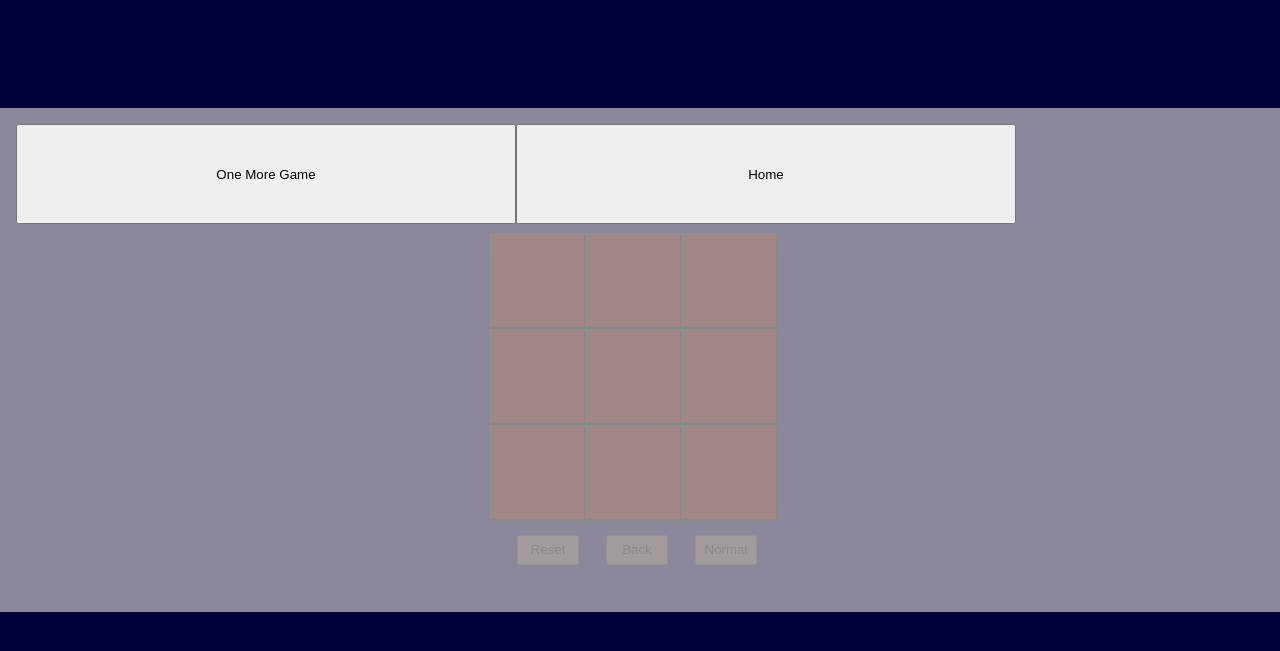
Repository: Mush-s/Folio-OX
Page: /game
The author's editor kept a copy of each file at every save. The page is drawn from the files as they stood at one save, then again after the next save.
The browser window is 1280 px wide. The pictures show the whole page.
The project was rebuilt for these pictures with package versions that can differ from the ones it lists, and the page was loaded fresh each time. Also part of the build but not shown: src/Start/Start.css, src/Start/Start.js.

Above is the page before, as saved 2022-09-02 19:10:16.

### src/index.js
import { createRoot } from "react-dom/client";
import { BrowserRouter } from "react-router-dom";
import ReactDOM from "react-dom";
import AfterGame from "./TicTacToe/AfterGame/AfterGame";

import App from "./App";
const container = document.getElementById("root");
const root = createRoot(container);
root.render(
  <BrowserRouter>
    <App />
  </BrowserRouter>
);

export const OverLay = () => {
  return ReactDOM.createPortal(
    <AfterGame />,
    document.getElementById("portal")
  );
};

### src/TicTacToe/AfterGame/AfterGame.js
import "./AfterGame.css";

const AfterGame = () => {
  return (
    <div className="after">
      <div className="content">
        <button>One More Game</button>
        <button>Home</button>
      </div>
    </div>
  );
};

export default AfterGame;

### src/App.js
import "./App.css";
import Game from "./TicTacToe/Game/Game";
import Start from "./Start/Start";
import { Route, Routes } from "react-router-dom";

const App = () => {
  return (
    <div className="app">
      <Routes>
        <Route path="/" element={<Start />} exact/>
        <Route path="/game" element={<Game />} />
      </Routes>
    </div>
  );
};

export default App;

### src/TicTacToe/AfterGame/AfterGame.css
.after {
    background: rgba(0, 0, 0, 0.771);
    position: fixed;
    left: 0;
    top: 0;
    height: 100%;
    width: 100%;
    display: flex;
    align-items: center;
    justify-content: center;
  }

  .after .content {
    background:rgba(219, 210, 210, 0.644);
    padding: 1rem;
    width: 100%;
    height: 70%;
    display: flex;
  }

  .after button{
    text-align: center;
    width:500px;
    height:100px;
  }

### src/App.css
.app {
  position: relative;
  height: 100vh;
  background-color: blue;
}
/* Document
 * ========================================================================== */

/**
 * 1. Add border box sizing in all browsers (opinionated).
 * 2. Backgrounds do not repeat by default (opinionated).
 */

*,
::before,
::after {
  box-sizing: border-box; /* 1 */
  background-repeat: no-repeat; /* 2 */
}

/**
  * 1. Add text decoration inheritance in all browsers (opinionated).
  * 2. Add vertical alignment inheritance in all browsers (opinionated).
  */

::before,
::after {
  text-decoration: inherit; /* 1 */
  vertical-align: inherit; /* 2 */
}

/**
  * 1. Use the default cursor in all browsers (opinionated).
  * 2. Change the line height in all browsers (opinionated).
  * 3. Breaks words to prevent overflow in all browsers (opinionated).
  * 4. Use a 4-space tab width in all browsers (opinionated).
  * 5. Remove the grey highlight on links in iOS (opinionated).
  * 6. Prevent adjustments of font size after orientation changes in iOS.
  */

:where(:root) {
  cursor: default; /* 1 */
  line-height: 1.5; /* 2 */
  overflow-wrap: break-word; /* 3 */
  -moz-tab-size: 4; /* 4 */
  tab-size: 4; /* 4 */
  -webkit-tap-highlight-color: transparent; /* 5 */
  -webkit-text-size-adjust: 100%; /* 6 */
  text-size-adjust: 100%; /* 6 */
}

/* Sections
  * ========================================================================== */

/**
  * Remove the margin in all browsers (opinionated).
  */

:where(body) {
  margin: 0;
}

/**
  * Correct the font size and margin on `h1` elements within `section` and
  * `article` contexts in Chrome, Edge, Firefox, and Safari.
  */

:where(h1) {
  font-size: 2em;
  margin: 0.67em 0;
}

/* Grouping content
  * ========================================================================== */

/**
  * Remove the margin on nested lists in Chrome, Edge, and Safari.
  */

:where(dl, ol, ul) :where(dl, ol, ul) {
  margin: 0;
}

/**
  * 1. Correct the inheritance of border color in Firefox.
  * 2. Add the correct box sizing in Firefox.
  */

:where(hr) {
  color: inherit; /* 1 */
  height: 0; /* 2 */
}

/**
  * Remove the list style on navigation lists in all browsers (opinionated).
  */

:where(nav) :where(ol, ul) {
  list-style-type: none;
  padding: 0;
}

/**
  * Prevent VoiceOver from ignoring list semantics in Safari (opinionated).
  */

:where(nav li)::before {
  content: "\200B";
  float: left;
}

/**
  * 1. Correct the inheritance and scaling of font size in all browsers.
  * 2. Correct the odd `em` font sizing in all browsers.
  * 3. Prevent overflow of the container in all browsers (opinionated).
  */

:where(pre) {
  font-family: monospace, monospace; /* 1 */
  font-size: 1em; /* 2 */
  overflow: auto; /* 3 */
}

/* Text-level semantics
  * ========================================================================== */

/**
  * Add the correct text decoration in Safari.
  */

:where(abbr[title]) {
  text-decoration: underline;
  text-decoration: underline dotted;
}

/**
  * Add the correct font weight in Chrome, Edge, and Safari.
  */

:where(b, strong) {
  font-weight: bolder;
}

/**
  * 1. Correct the inheritance and scaling of font size in all browsers.
  * 2. Correct the odd `em` font sizing in all browsers.
  */

:where(code, kbd, samp) {
  font-family: monospace, monospace; /* 1 */
  font-size: 1em; /* 2 */
}

/**
  * Add the correct font size in all browsers.
  */

:where(small) {
  font-size: 80%;
}

/* Embedded content
  * ========================================================================== */

/*
  * Change the alignment on media elements in all browsers (opinionated).
  */

:where(audio, canvas, iframe, img, svg, video) {
  vertical-align: middle;
}

/**
  * Remove the border on iframes in all browsers (opinionated).
  */

:where(iframe) {
  border-style: none;
}

/**
  * Change the fill color to match the text color in all browsers (opinionated).
  */

:where(svg:not([fill])) {
  fill: currentColor;
}

/* Tabular data
  * ========================================================================== */

/**
  * 1. Collapse border spacing in all browsers (opinionated).
  * 2. Correct table border color in Chrome, Edge, and Safari.
  * 3. Remove text indentation from table contents in Chrome, Edge, and Safari.
  */

:where(table) {
  border-collapse: collapse; /* 1 */
  border-color: currentColor; /* 2 */
  text-indent: 0; /* 3 */
}

/* Forms
  * ========================================================================== */

/**
  * Remove the margin on controls in Safari.
  */

:where(button, input, select) {
  margin: 0;
}

/**
  * Correct the inability to style buttons in iOS and Safari.
  */

:where(button, [type="button" i], [type="reset" i], [type="submit" i]) {
  -webkit-appearance: button;
}

/**
  * Change the inconsistent appearance in all browsers (opinionated).
  */

:where(fieldset) {
  border: 1px solid #a0a0a0;
}

/**
  * Add the correct vertical alignment in Chrome, Edge, and Firefox.
  */

:where(progress) {
  vertical-align: baseline;
}

/**
  * 1. Remove the margin in Firefox and Safari.
  * 3. Change the resize direction in all browsers (opinionated).
  */

:where(textarea) {
  margin: 0; /* 1 */
  resize: vertical; /* 3 */
}

/**
  * 1. Correct the odd appearance in Chrome, Edge, and Safari.
  * 2. Correct the outline style in Safari.
  */

:where([type="search" i]) {
  -webkit-appearance: textfield; /* 1 */
  outline-offset: -2px; /* 2 */
}

/**
  * Correct the cursor style of increment and decrement buttons in Safari.
  */

::-webkit-inner-spin-button,
::-webkit-outer-spin-button {
  height: auto;
}

/**
  * Correct the text style of placeholders in Chrome, Edge, and Safari.
  */

::-webkit-input-placeholder {
  color: inherit;
  opacity: 0.54;
}

/**
  * Remove the inner padding in Chrome, Edge, and Safari on macOS.
  */

::-webkit-search-decoration {
  -webkit-appearance: none;
}

/**
  * 1. Correct the inability to style upload buttons in iOS and Safari.
  * 2. Change font properties to `inherit` in Safari.
  */

::-webkit-file-upload-button {
  -webkit-appearance: button; /* 1 */
  font: inherit; /* 2 */
}

/* Interactive
  * ========================================================================== */

/*
  * Add the correct styles in Safari.
  */

:where(dialog) {
  background-color: white;
  border: solid;
  color: black;
  height: -moz-fit-content;
  height: fit-content;
  left: 0;
  margin: auto;
  padding: 1em;
  position: absolute;
  right: 0;
  width: -moz-fit-content;
  width: fit-content;
}

:where(dialog:not([open])) {
  display: none;
}

/*
  * Add the correct display in Safari.
  */

:where(details > summary:first-of-type) {
  display: list-item;
}

/* Accessibility
  * ========================================================================== */

/**
  * Change the cursor on busy elements in all browsers (opinionated).
  */

:where([aria-busy="true" i]) {
  cursor: progress;
}

/*
  * Change the cursor on disabled, not-editable, or otherwise
  * inoperable elements in all browsers (opinionated).
  */

:where([aria-disabled="true" i], [disabled]) {
  cursor: not-allowed;
}

/*
  * Change the display on visually hidden accessible elements
  * in all browsers (opinionated).
  */

:where([aria-hidden="false" i][hidden]) {
  display: initial;
}

:where([aria-hidden="false" i][hidden]:not(:focus)) {
  clip: rect(0, 0, 0, 0);
  position: absolute;
}

### src/TicTacToe/Game/Game.js
import { useEffect, useState } from "react";
import Cell from "./Cell";
import { Pattern } from "../Patterns/Pattern";
import GameButtons from "./GameButtons/GameButtons";

import "./Game.css";
import { OverLay } from "../..";

const Game = () => {
  const [player, setPlayer] = useState("O");
  const [countDown, setCountDown] = useState(8);
  const [gameOver, setGameOver] = useState(false);
  const [result, setResult] = useState();
  const [mode, setMode] = useState("Normal");
  const [time, setTime] = useState(5);

  const [cellValues, setCellValues] = useState([
    "",
    "",
    "",
    "",
    "",
    "",
    "",
    "",
    "",
  ]);

  useEffect(() => {
    checkWin();
  });

  let timer;
  const updataCount = () => {
    timer = setInterval(() => {
      setTime((preC) => preC - 1);
    }, 1000);

    if (time === 0) {
      clearInterval(timer);
      if (player === "O") {
        setResult("X is Winner");
        setGameOver(true);
      }
      if (player === "X") {
        setResult("O is Winner");
        setGameOver(true);
      }
    }
  };

  useEffect(() => {
    updataCount();
    console.log(time);
    return () => clearInterval(timer);
  });

  useEffect(() => {
    setTime(5);
  }, [player]);

  const isCellEmpty = (index) => cellValues[index] === "";

  //Cell Clicked ここから

  const clickHandler = (index) => {
    if (isCellEmpty(index)) {
      setCountDown(countDown - 1);
      const newCellValues = [...cellValues];
      newCellValues[index] = player;
      setCellValues(newCellValues);

      if (player === "O") {
        setPlayer("X");
      } else {
        setPlayer("O");
      }

      if (countDown === 0) {
        setGameOver(true);
        setResult("引き分けです");
      }
      // Repaint mode 処理
    } else {
      if (mode === "Repaint") {
        setCountDown(countDown - 1);
        const newCellValues = [...cellValues];
        newCellValues[index] = player;
        setCellValues(newCellValues);

        if (player === "O") {
          setPlayer("X");
        } else {
          setPlayer("O");
        }
      }
      setMode("Normal");
    }
  };

  //Reset Button ここから

  const resetHandler = () => {
    setPlayer("O");
    setCountDown(8);
    setCellValues(["", "", "", "", "", "", "", "", ""]);
    setResult();
  };

  //Back button ここから

  const backHandler = () => {
    // setCountDown(countDown + 1);
    // const backedValues = [...cellValues]
    // setCellValues(backedValues)
    // if (player === "O") {
    //   setPlayer("X");
    // } else {
    //   setPlayer("O");
    // }
  };

  //Change button ここから

  const ChangeHandler = () => {
    if (mode === "Normal") {
      setMode("Repaint");
    }
    if (mode === "Repaint") {
      setMode("Normal");
    }
  };
  //勝ち負け判定

  const checkWin = () => {
    Pattern.forEach((currPa) => {
      const firstPlayer = cellValues[currPa[0]];
      if (firstPlayer === "") return;
      console.log(cellValues[currPa[0]]);
      let foundWiiningPattern = true;
      currPa.forEach((i) => {
        if (cellValues[i] !== firstPlayer) {
          foundWiiningPattern = false;
        }
      });

      if (foundWiiningPattern) {
        if (player === "O") {
          setResult("X is Winner");
          setGameOver(true);
        } else {
          setResult("O is Winner");
          setGameOver(true);
        }
      }
    });
  };
  return (
    <div className="game">
      <div className="result">{result}</div>
      {!gameOver && <div className="turn">{player}'s Turn</div>}
      {!gameOver && <p className="timer">You have {time} seconds</p>}
      {cellValues.map((value, index) => (
        <Cell key={index} value={value} onClick={() => clickHandler(index)} />
      ))}
      <GameButtons
        mode={mode}
        onClick={resetHandler}
        onBack={backHandler}
        onChange={ChangeHandler}
      />
      {gameOver && <OverLay gameOver={gameOver} />}
    </div>
  );
};

export default Game;

### src/TicTacToe/Game/Cell.js
import "./Cell.css";

const Cell = (props) => {
  return (
    <div className="cell flat border">
      <button onClick={props.onClick}>{props.value}</button>
    </div>
  );
};

export default Cell;

### src/TicTacToe/Patterns/Pattern.js
export const Pattern = [
  [0, 1, 2],
  [3, 4, 5],
  [6, 7, 8],
  [0, 3, 6],
  [1, 4, 7],
  [2, 5, 8],
  [0, 4, 8],
  [2, 4, 6],
];

### src/TicTacToe/Game/GameButtons/GameButtons.js
import "./GameButtons.css";

const GameOver = (props) => {
  return (
    <div className="gameover">
      <button onClick={props.onClick}>Reset</button>
      <button onClick={props.onBack}>Back</button>
      <button onClick={props.onChange}>{props.mode}</button>
    </div>
  );
};

export default GameOver;

### src/TicTacToe/Game/Game.css
.game {
  position: absolute;
  top: 40%;
  left: 50%;
  margin-right: -50%;
  transform: translate(-50%, -50%);
  height: 300px;
  width: 300px;
  display: flex;
  flex-wrap: wrap;
}

.game .result {
  font-size: 50px;
  margin-bottom: 20px;
margin-left:20px;
}

.game .timer {
  font-size: 30px;
  margin-bottom: 15px;
  margin-left:20px;
}

.game .turn {
  font-size: 30px;
  margin-left:70px;
}

### src/TicTacToe/Game/Cell.css
.cell {
    height: 32%;
    width: 32%;
}
.cell button{
  width:100%;
  height:100%;
  color:aqua;
  background-color: red;
}


  .flat.border:hover {
    background: #ff9300;
    color: #fff;
  }
  .flat.border:active, .flat.border:focus {
    top: 2px;
  }

### src/TicTacToe/Game/GameButtons/GameButtons.css
.gameover {
  text-align: center;
  font-size: 30px;
}

.gameover button {
  width: 62px;
  height: 30px;
  margin-left: 27px;
}

Loaded but not shown: public/index.html (common file)

After the next save:
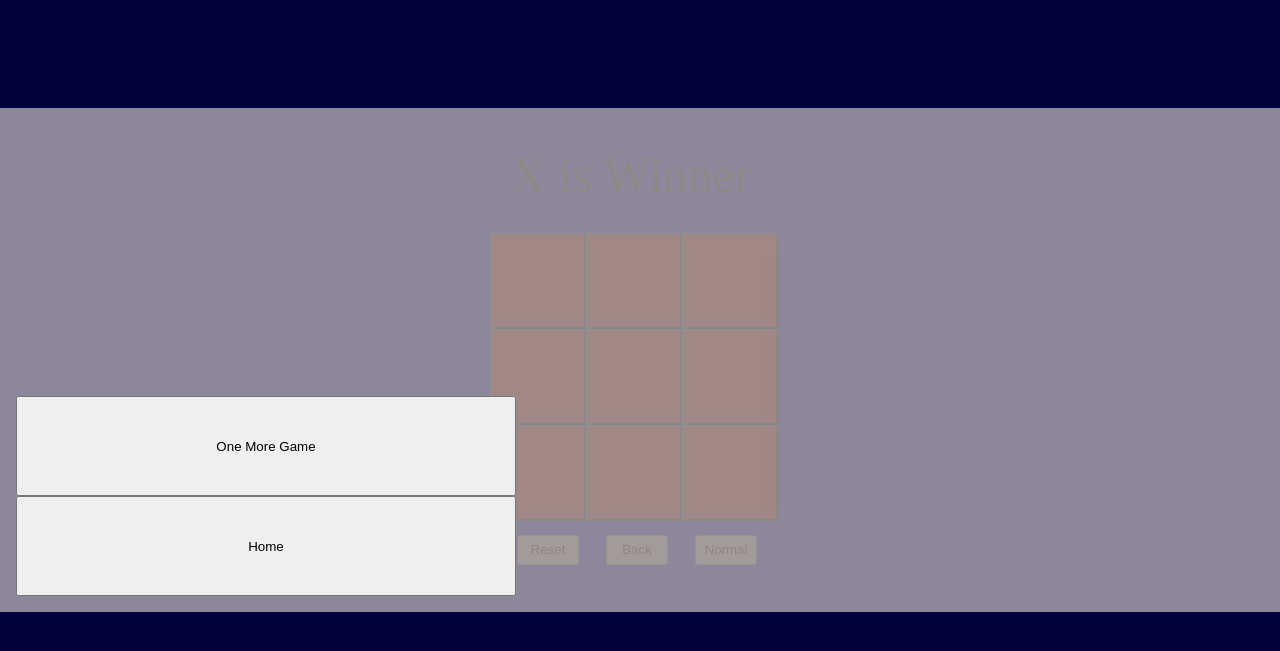
Saved 3 min 4 s later.
--- a/src/TicTacToe/AfterGame/AfterGame.css
+++ b/src/TicTacToe/AfterGame/AfterGame.css
@@ -16,10 +16,13 @@
     width: 100%;
     height: 70%;
     display: flex;
+    justify-content:flex-end;
+    flex-flow: column;
   }
 
   .after button{
     text-align: center;
     width:500px;
     height:100px;
+
   }
